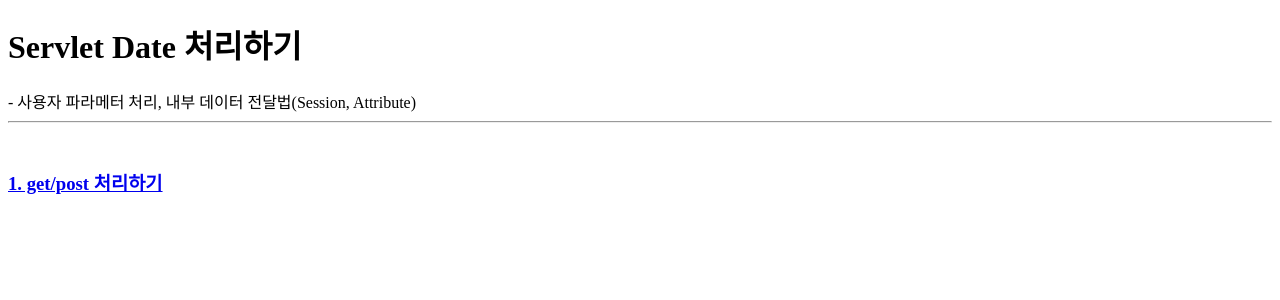
Repository: pcc767/khSchool
Page: dev-source_Servlet/02_Data/src/main/webapp/index.html
These files come from the project's save history. The page is drawn as it stood at one moment and after the next save; the edit follows.
The browser window is 1280 px wide. The pictures show the whole page.

Above is the page before, as saved 2022-07-12 08:16:00.

After the next save:
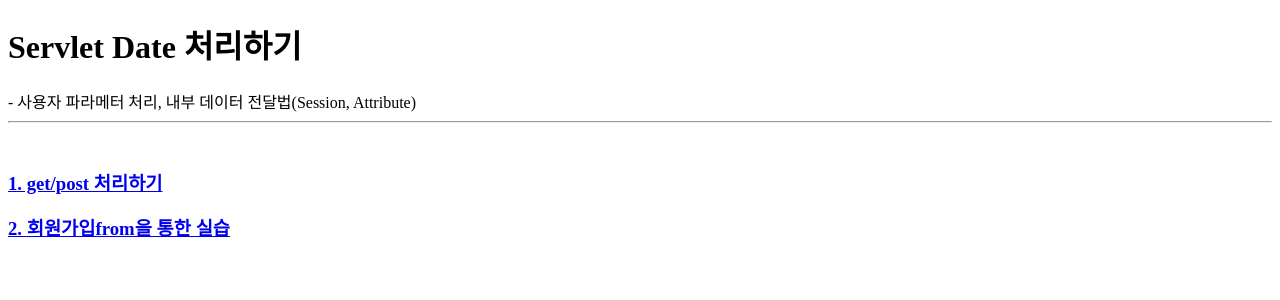
Saved 2 s later.
--- a/dev-source_Servlet/02_Data/src/main/webapp/index.html
+++ b/dev-source_Servlet/02_Data/src/main/webapp/index.html
@@ -11,6 +11,7 @@
 	<hr><br>
 
 	<h3><a href="views/getpost.html">1. get/post 처리하기</a></h3>
+	<h3><a href="views/testPerson.html">2. 회원가입from을 통한 실습</a></h3>
 
 
 </body>
